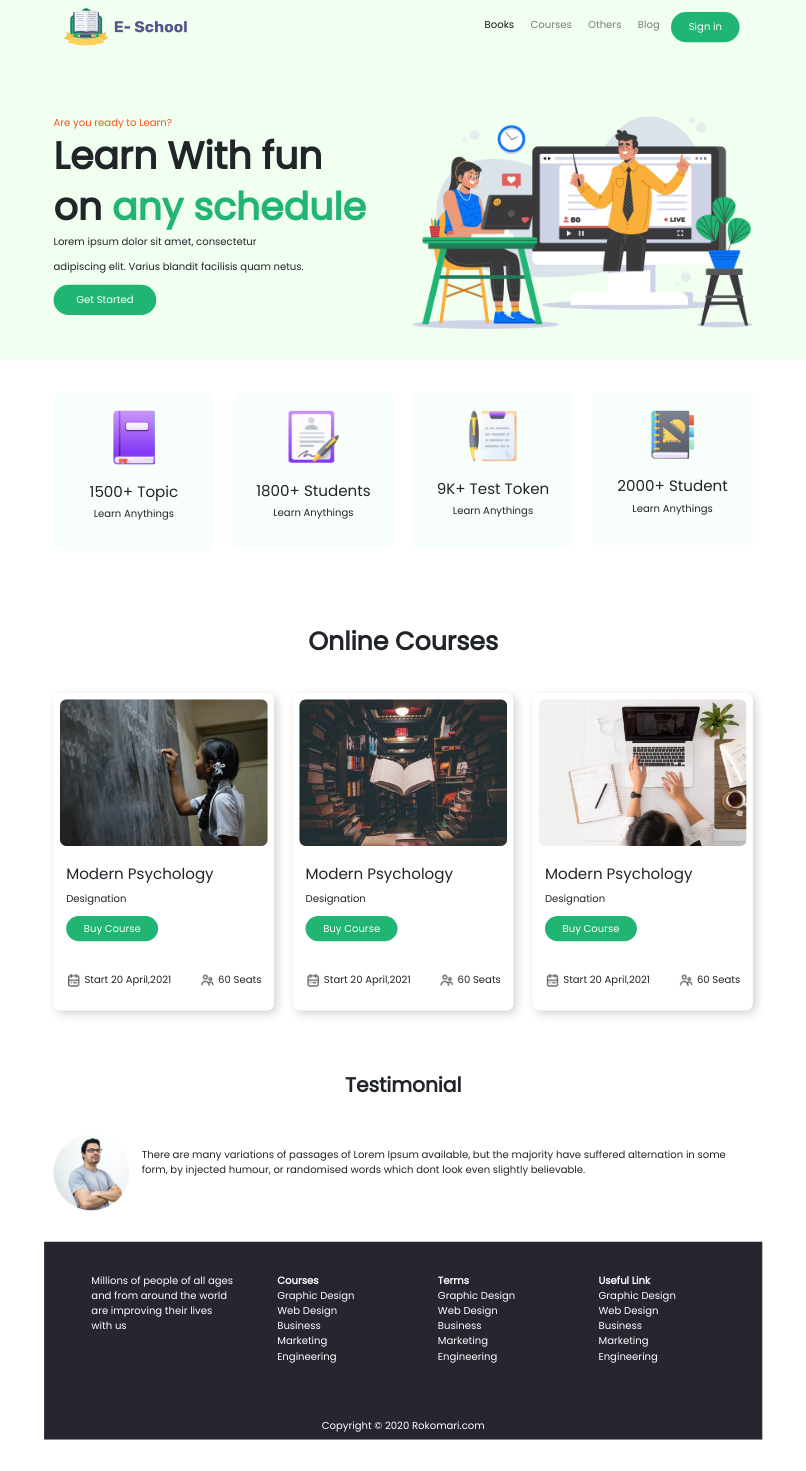
Repository: mohsinfarabi/e-school
Page: index.html
The author's editor kept a copy of each file at every save. The page is drawn from the files as they stood at one save, then again after the next save.
The browser window is 1280 px wide. The pictures show the whole page, at 63% of full size.

Above is the page before, as saved 2020-07-09 21:41:40.

### index.html
<!DOCTYPE html>
<html lang="en">

<head>
    <meta charset="UTF-8">
    <meta name="viewport" content="width=device-width, initial-scale=1.0">
    <link rel="stylesheet" href="css/bootstrap/css/bootstrap.min.css">
    <link rel="stylesheet" href="style.css">
    <link href="https://fonts.googleapis.com/css2?family=Poppins" rel="stylesheet">
    <title>E-School</title>
</head>

<body>
    <section class="top-part">
        <div class="container">
            <nav class="navbar navbar-expand-lg navbar-light bg-transparent">
                <a class="navbar-brand" href="#"><img src="images/icon/Logo.png " alt=" "></a>
                </a>
                <button class="navbar-toggler" type="button" data-toggle="collapse" data-target="#navbarNav" aria-controls="navbarNav" aria-expanded="false" aria-label="Toggle navigation">
                  <span class="navbar-toggler-icon"></span>
                </button>

                <div class="collapse navbar-collapse" id="navbarNav">
                    <ul class="navbar-nav ml-auto">
                        <li class="nav-item active ">
                            <a class="nav-link " href="#books ">Books</a>
                        </li>
                        <li class="nav-item ">
                            <a class="nav-link " href="#courses ">Courses</a>
                        </li>
                        <li class="nav-item ">
                            <a class="nav-link " href="#others ">Others</a>
                        </li>
                        <li class="nav-item ">
                            <a class="nav-link " href="#blog ">Blog</a>
                        </li>
                        <li class="nav-item ">
                            <button class="btn btn-success sign-in">Sign in</button>
                        </li>

                    </ul>
                </div>

            </nav>
        </div>
        <div class="container">
            <div class="row top">
                <div class="col-md-6 content-position">

                    <h5>Are you ready to Learn?</h5>
                    <h1>Learn With fun </h1>
                    <h1>on <span class="highlight"> any schedule</span></h1>

                    <p>Lorem ipsum dolor sit amet, consectetur </p>
                    <p>adipiscing elit. Varius blandit facilisis quam netus.</p>

                    <button class="btn btn-success get-started">Get Started</button>

                </div>
                <div class="col-md-6 d-flex justify-content-center">

                    <img src="images/Photos/Illustration.png" alt="" class="img-fluid">
                </div>
            </div>
        </div>
    </section>

    <div class="container">
        <div class="row">
            <div class="col-md-3">
                <div class="cat1 d-flex flex-column justify-content-center align-items-center">

                    <img src="images/icon/book.png" alt="">

                    <h4>1500+ Topic</h4>
                    <p>Learn Anythings</p>
                </div>
            </div>
            <div class="col-md-3">
                <div class="cat2 d-flex flex-column justify-content-center align-items-center">

                    <img src="images/icon/Student.png" alt="">

                    <h4>1800+ Students</h4>
                    <p>Learn Anythings</p>
                </div>
            </div>
            <div class="col-md-3">
                <div class="cat3 d-flex flex-column justify-content-center align-items-center">

                    <img src="images/icon/Test.png" alt="">

                    <h4>9K+ Test Token</h4>
                    <p>Learn Anythings</p>
                </div>
            </div>
            <div class="col-md-3">
                <div class="cat4 d-flex flex-column justify-content-center align-items-center">

                    <img src="images/icon/Students.png" alt="">

                    <h4>2000+ Student</h4>
                    <p>Learn Anythings</p>

                </div>
            </div>
        </div>
    </div>

    <div class="container course">
        <h1>Online Courses</h1>
        <div class="card-deck">
            <div class="card">
                <img src="images/Photos/Morder pyschology.png" class="card-img-top" alt="...">
                <div class="card-body">
                    <h4 class="card-title">Modern Psychology</h4>
                    <p class="card-text">Designation</p>
                    <button class="btn btn-success buy-course">Buy Course</button>
                    <div class="card-bottom d-flex justify-content-between align-self-center">
                        <div class="d-flex justify-content-between">
                            <img src="images/icon/calendar.png" alt="">
                            <p>Start 20 April,2021</p>
                        </div>
                        <div class="d-flex justify-content-between">
                            <img src="images/icon/people.png" alt="">
                            <p>60 Seats</p>
                        </div>

                    </div>
                </div>

            </div>
            <div class="card">
                <img src="images/Photos/Morder psyc.png" class="card-img-top" alt="...">
                <div class="card-body">
                    <h4 class="card-title">Modern Psychology</h4>
                    <p class="card-text">Designation</p>
                    <button class="btn btn-success buy-course">Buy Course</button>
                    <div class="card-bottom d-flex justify-content-between align-self-center">
                        <div class="d-flex justify-content-between">
                            <img src="images/icon/calendar.png" alt="">
                            <p>Start 20 April,2021</p>
                        </div>
                        <div class="d-flex justify-content-between">
                            <img src="images/icon/people.png" alt="">
                            <p>60 Seats</p>
                        </div>

                    </div>
                </div>
            </div>
            <div class="card">
                <img src="images/Photos/Morder pychons.png" class="card-img-top" alt="...">
                <div class="card-body">
                    <h4 class="card-title">Modern Psychology</h4>
                    <p class="card-text">Designation</p>
                    <button class="btn btn-success buy-course">Buy Course</button>
                    <div class="card-bottom d-flex justify-content-between align-self-center">
                        <div class="d-flex justify-content-between">
                            <img src="images/icon/calendar.png" alt="">
                            <p>Start 20 April,2021</p>
                        </div>
                        <div class="d-flex justify-content-between">
                            <img src="images/icon/people.png" alt="">
                            <p>60 Seats</p>
                        </div>
                    </div>
                </div>
            </div>
        </div>
    </div>

    <div class="container testimonial">
        <h2><b>Testimonial</b></h2>
        <div class="d-flex justify-content-center testimonial-content">
            <img class="img-fluid" src="images/Photos/Man.png" alt="">
            <p class="testimonial-text">There are many variations of passages of Lorem Ipsum available, but the majority have suffered alternation in some form, by injected humour, or randomised words which dont look even slightly believable.</p>
        </div>
    </div>
    <div class="container bottom-part">
        <div class="row footer-row d-flex align-items-left">
            <div class="col-md-3">
                <p>Millions of people of all ages and from around the world are improving their lives with us</p>
            </div>
            <div class="col-md-3">
                <ul>
                    <li><b>Courses</b></li>
                    <li>Graphic Design</li>
                    <li>Web Design</li>
                    <li>Business</li>
                    <li>Marketing</li>
                    <li>Engineering</li>
                </ul>
            </div>
            <div class="col-md-3">
                <ul>
                    <li><b>Terms</b></li>
                    <li>Graphic Design</li>
                    <li>Web Design</li>
                    <li>Business</li>
                    <li>Marketing</li>
                    <li>Engineering</li>
                </ul>
            </div>
            <div class="col-md-3">
                <ul>
                    <li><b>Useful Link</b></li>
                    <li>Graphic Design</li>
                    <li>Web Design</li>
                    <li>Business</li>
                    <li>Marketing</li>
                    <li>Engineering</li>
                </ul>
            </div>
        </div>
        <footer>
            <p class="footer">Copyright © 2020 Rokomari.com</p>
        </footer>
    </div>













    <script src="https://code.jquery.com/jquery-3.5.1.slim.min.js " integrity="sha384-DfXdz2htPH0lsSSs5nCTpuj/zy4C+OGpamoFVy38MVBnE+IbbVYUew+OrCXaRkfj " crossorigin="anonymous "></script>
    <script src="https://cdn.jsdelivr.net/npm/popper.js@1.16.0/dist/umd/popper.min.js " integrity="sha384-Q6E9RHvbIyZFJoft+2mJbHaEWldlvI9IOYy5n3zV9zzTtmI3UksdQRVvoxMfooAo " crossorigin="anonymous "></script>
    <script src="https://stackpath.bootstrapcdn.com/bootstrap/4.5.0/js/bootstrap.min.js " integrity="sha384-OgVRvuATP1z7JjHLkuOU7Xw704+h835Lr+6QL9UvYjZE3Ipu6Tp75j7Bh/kR0JKI " crossorigin="anonymous "></script>
</body>

</html>

### style.css
    body {
        font-family: 'Poppins', sans-serif;
    }

    .container {
        margin-bottom: 50px;
    }
    /* Common Button Properties */

    .btn:focus {
        border: none;
        background: #21B573;
    }

    .btn:hover {
        border: none;
        background: #21B573;
    }

    .top-part {
        background-color: #F0FFF0;
    }

    .navbar img {
        width: 198.07px;
        height: 59px;
    }

    .nav-item {
        padding: 5px;
        color: black;
    }

    .sign-in {
        padding: 12px 28px;
        border: none;
        background: #21B573;
        border-radius: 33px;
        color: white;
    }
    /* Banner Section */

    .content-position {
        margin-top: 50px;
    }

    .top {
        padding-bottom: 50px;
    }

    .top h5 {
        font-size: medium;
        color: #FD511A;
    }

    .top h1 {
        font-weight: 900;
        font-size: 60px;
    }

    .top img {
        margin-top: 50px;
    }

    .highlight {
        color: #21B573;
    }

    .get-started {
        padding: 12px 36px;
        border: none;
        background: #21B573;
        border-radius: 33px;
        color: white;
    }
    /* Second Section */

    .cat1,
    .cat2,
    .cat3,
    .cat4 {
        padding: 30px;
        border-radius: 10px;
        border: none;
        margin-bottom: 20px;
        background-color: #F8FFFB;
    }

    .cat1:hover {
        box-shadow: 5px 5px 10px lightgray;
        background-color: white;
    }

    .cat2:hover {
        box-shadow: 5px 5px 10px lightgray;
        background-color: white;
    }

    .cat3:hover {
        box-shadow: 5px 5px 10px lightgray;
        background-color: white;
    }

    .cat4:hover {
        box-shadow: 5px 5px 10px lightgray;
        background-color: white;
    }

    .cat1 img {
        width: 66px;
        height: 85px;
        margin-bottom: 30px;
    }

    .cat2 img {
        width: 80px;
        height: 83px;
        margin-bottom: 30px;
    }

    .cat3 img {
        width: 75px;
        height: 80px;
        margin-bottom: 30px;
    }

    .cat4 img {
        width: 68px;
        height: 76px;
        margin-bottom: 30px;
    }

    .cat h4 {
        font-weight: 700;
    }
    /* Courses Card Section */

    .course h1 {
        text-align: center;
        font-weight: 900;
        padding: 50px 0px;
    }

    .card img {
        border-radius: 11px;
        padding: 10px;
    }

    .card {
        border: none;
        border-radius: 11px;
        box-shadow: 5px 5px 15px lightgray;
    }

    .card-footer {
        background-color: white;
        border-top: none;
        border-radius: 10px;
    }

    .buy-course {
        border: none;
        background: #21B573;
        border-radius: 33px;
        color: white;
        margin-bottom: 20px;
        padding: 8px 28px;
    }

    .card-bottom {
        margin-top: 30px;
    }

    .card-bottom img {
        height: 24px;
        width: 24px;
        padding: 0;
        margin-right: 5px;
    }
    /* Testimonial Section */

    .testimonial {
        text-align: center;
        margin-top: 100px;
    }

    .testimonial-content img {
        height: 120px;
        width: 120px;
    }

    .testimonial-content {
        padding-top: 50px;
    }

    .testimonial-text {
        padding-left: 20px;
        padding-top: 20px;
        text-align: left;
    }
    /* footer Section */

    .bottom-part {
        background-color: #282531;
        color: white;
    }

    ul {
        list-style: none;
    }

    .footer {
        text-align: center;
        margin-top: 20px;
        padding-bottom: 10px;
    }

    .footer-row {
        padding: 50px 60px;
    }

Loaded but not shown: css/bootstrap/css/bootstrap.min.css (library)

After the next save:
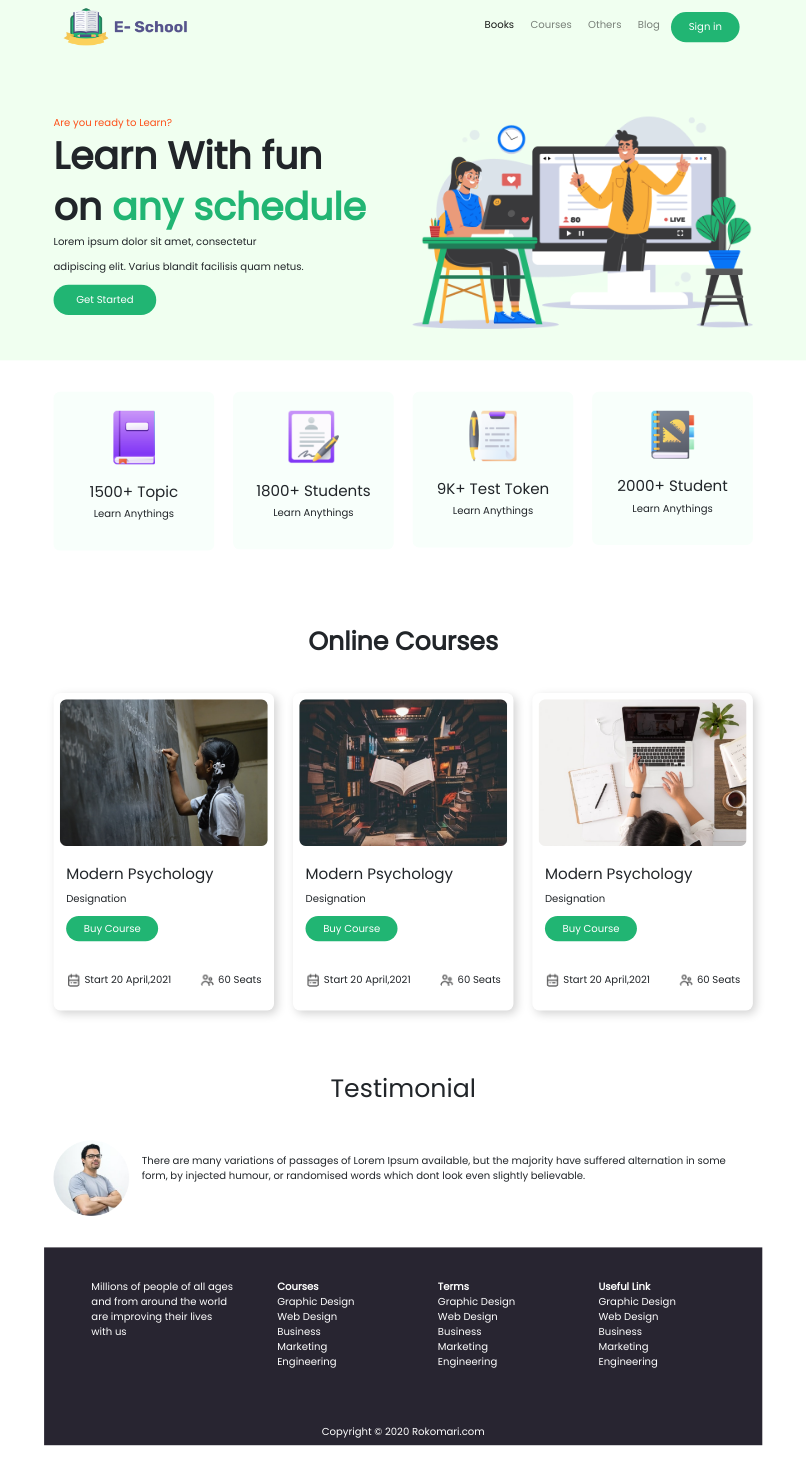
Saved 57 s later.
--- a/index.html
+++ b/index.html
@@ -171,7 +171,7 @@
     </div>
 
     <div class="container testimonial">
-        <h2><b>Testimonial</b></h2>
+        <h1>Testimonial</h1>
         <div class="d-flex justify-content-center testimonial-content">
             <img class="img-fluid" src="images/Photos/Man.png" alt="">
             <p class="testimonial-text">There are many variations of passages of Lorem Ipsum available, but the majority have suffered alternation in some form, by injected humour, or randomised words which dont look even slightly believable.</p>
